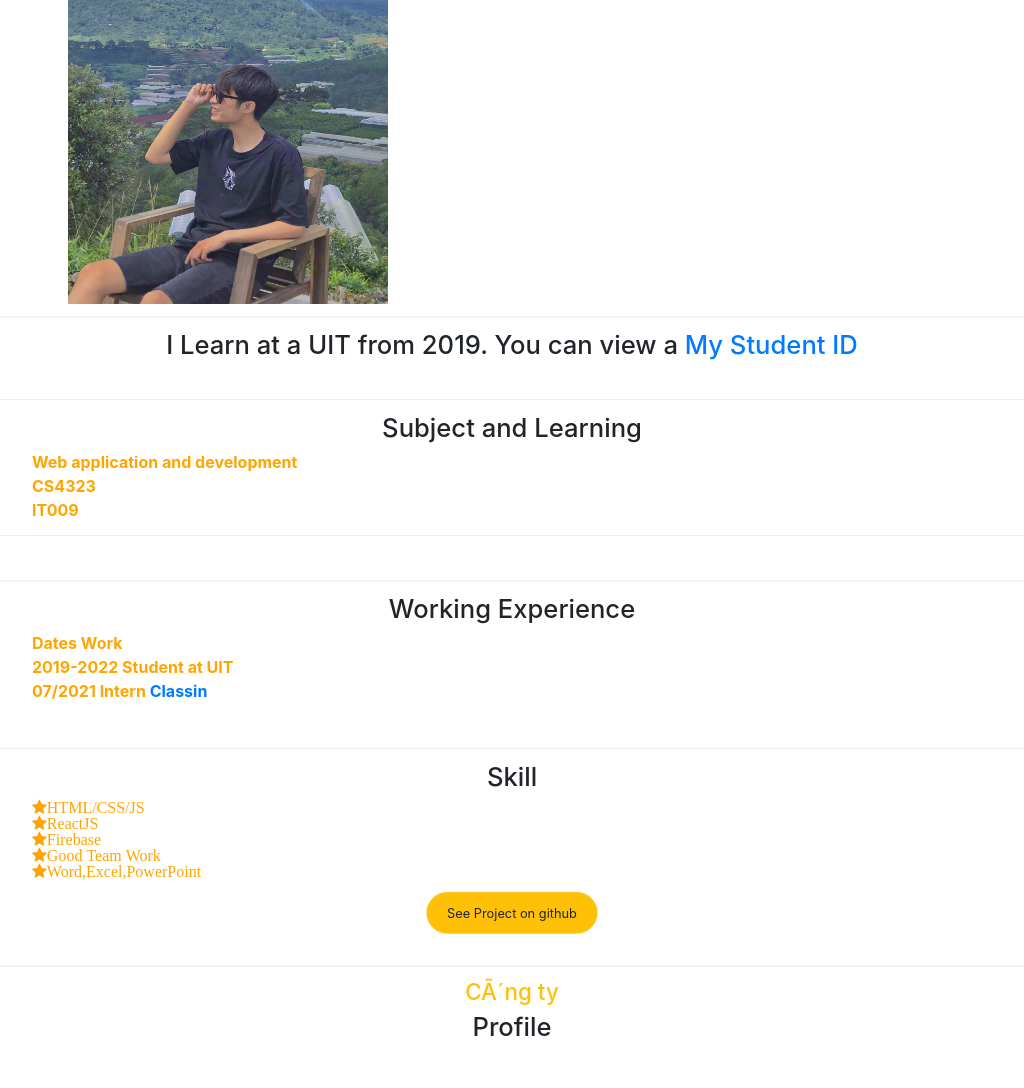
Repository: HoangDuy315/HW_TVK
Page: cv.html
These files come from the project's save history. The page is drawn as it stood at one moment and after the next save; the edit follows.
The browser window is 1280 px wide. The pictures show the whole page, at 80% of full size.

Above is the page before, as saved 2022-09-25 17:46:53.

After the next save:
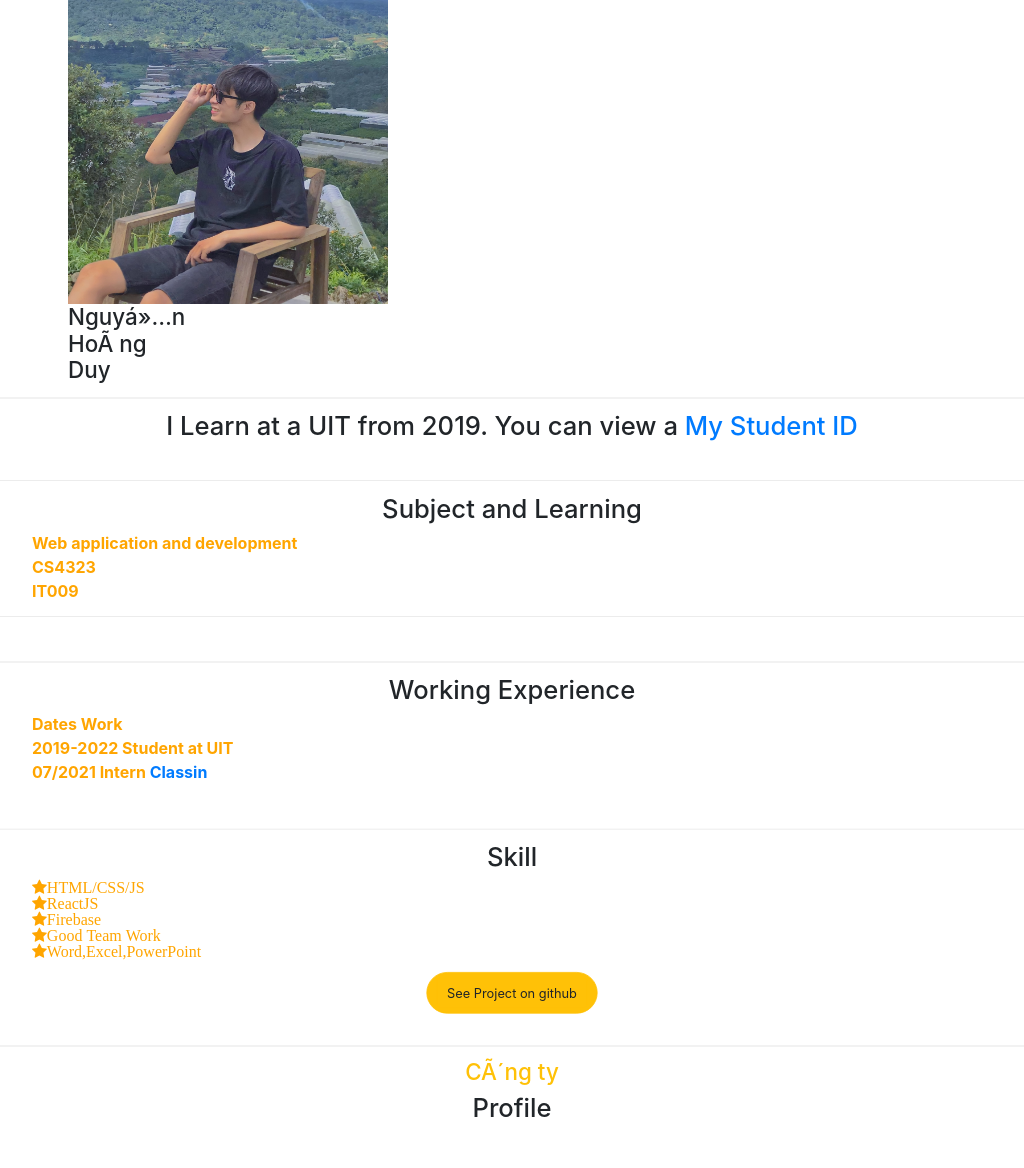
Saved 45 s later.
--- a/cv.html
+++ b/cv.html
@@ -15,7 +15,9 @@
                     <img src="/123.JPG" class="duy" alt="">
                 </div>
             </div>
-            <div class="profile"></div>
+            <div class="profile">
+                <h3>Nguyễn <br>Hoàng <br><span>Duy</span></h3>
+            </div>
         </div>
     </div>
 
